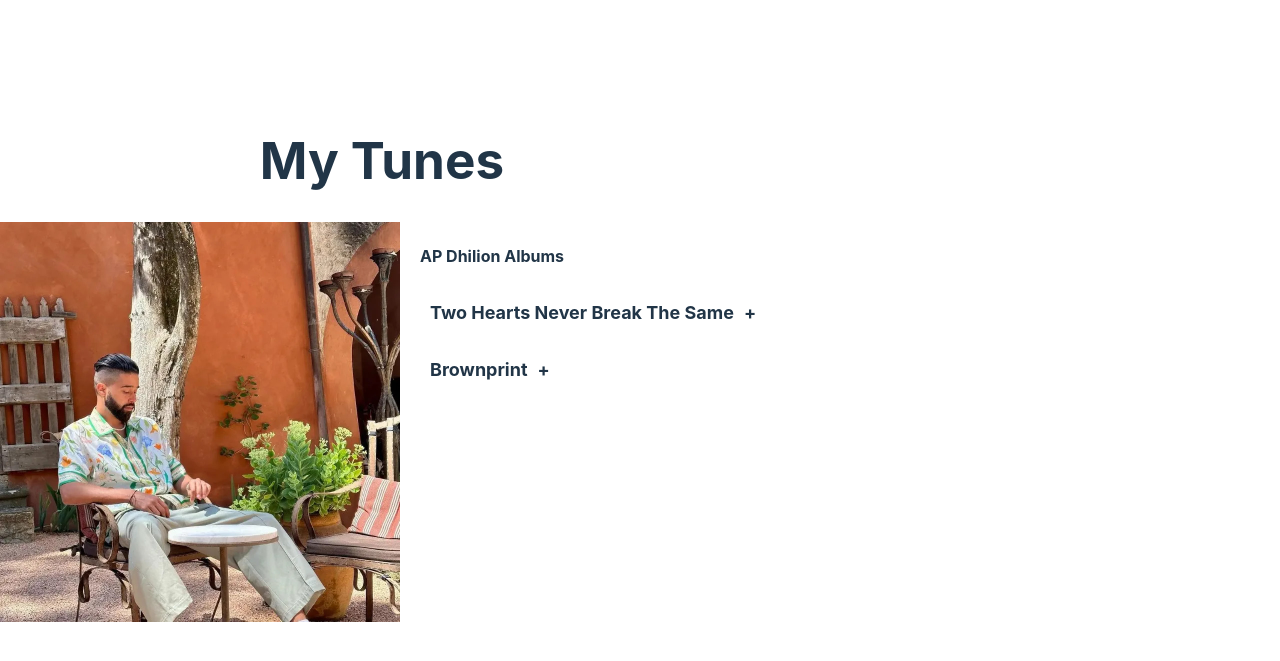
Repository: GavinPahal/my_app
Page: / (app in react/)
The author's editor kept a copy of each file at every save. The page is drawn from the files as they stood at one save, then again after the next save.
The browser window is 1280 px wide. The pictures show the whole page.
The project was rebuilt for these pictures with package versions that can differ from the ones it lists, and the page was loaded fresh each time. Also part of the build but not shown: react/vite.config.js.

Above is the page before, as saved 2024-09-15 19:06:28.

After the next save:
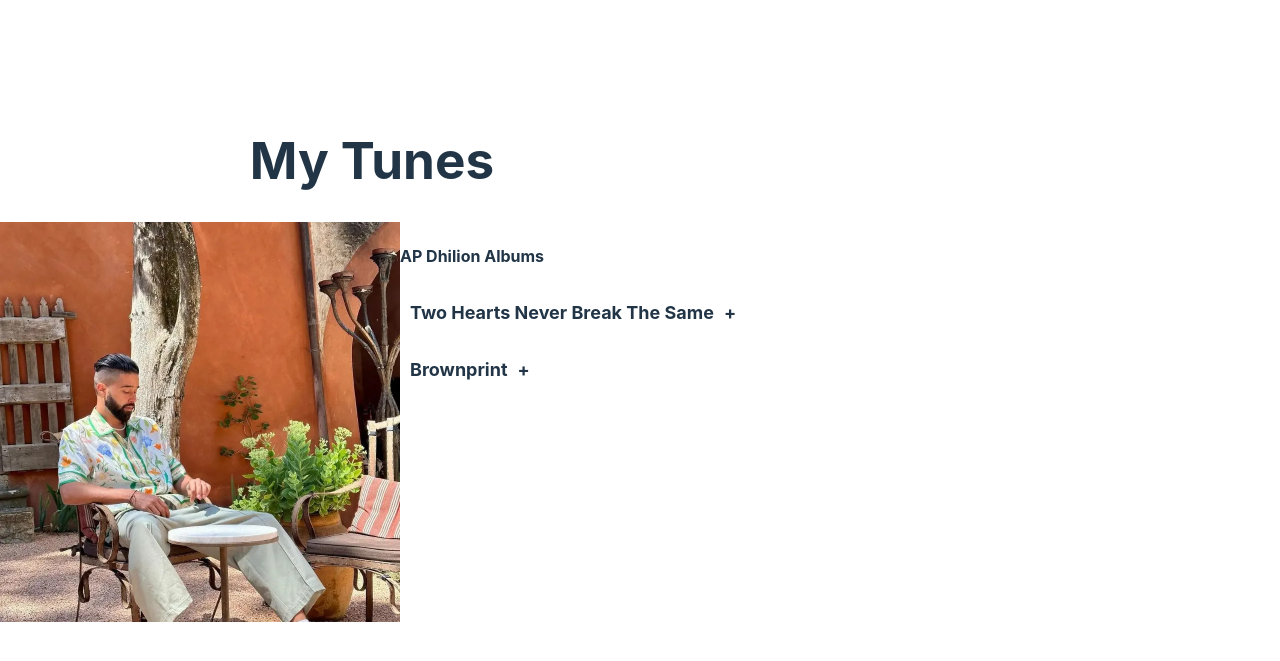
Saved 96 s later.
--- a/react/src/App.css
+++ b/react/src/App.css
@@ -9,9 +9,6 @@
  text-align: center;
 }
 
-img {
-  margin-right: 20px;
-}
 
 .album {
   display: flex;

After the save that followed:
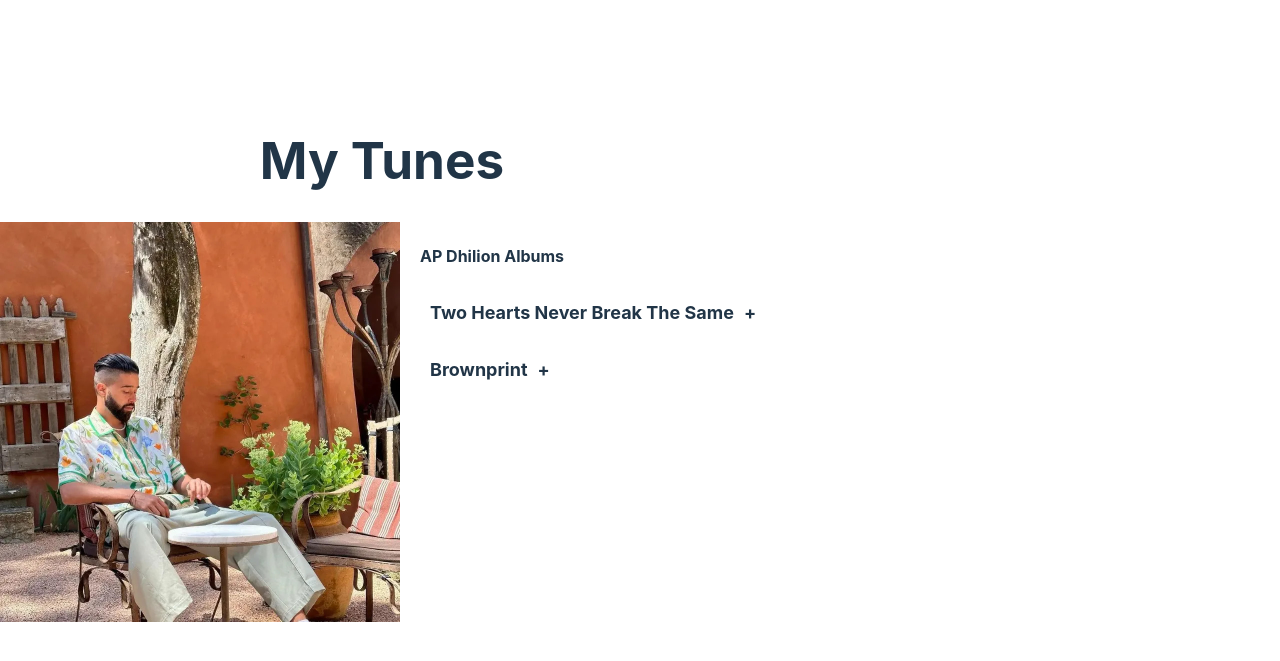
Saved 4 s later.
--- a/react/src/App.css
+++ b/react/src/App.css
@@ -9,6 +9,9 @@
  text-align: center;
 }
 
+img {
+  margin-right: 20px;
+}
 
 .album {
   display: flex;
